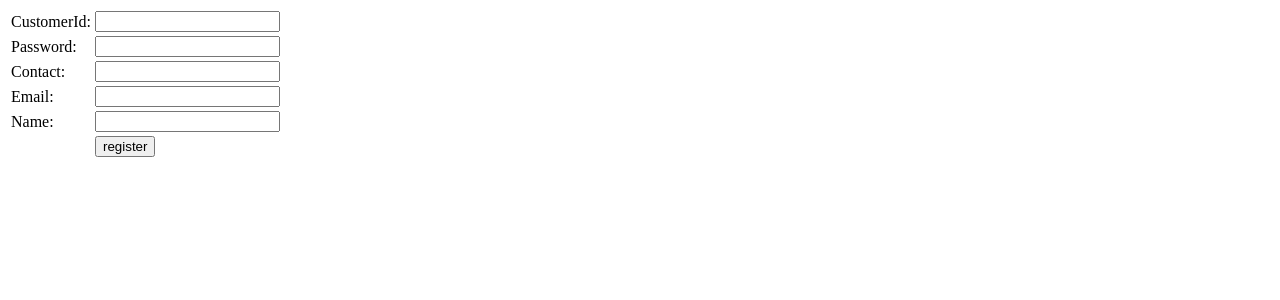
Repository: Vishwasbhat5/java-day_2
Page: http://localhost/Registration2/
These files come from the project's save history. The page is drawn as it stood at one moment and after the next save; the edit follows.
The browser window is 1280 px wide. The pictures show the whole page.
The page is served by Tomcat 10. Other server files are loaded and not shown.

Above is the page before, as saved 2022-09-15 04:23:09.

### Registration2/src/main/webapp/memberRegistration.jsp
<%@ page language="java" contentType="text/html; charset=UTF-8"
    pageEncoding="UTF-8"%>
<!DOCTYPE html PUBLIC "-//W3C//DTD HTML 4.01 Transitional//EN" "http://www.w3.org/TR/html4/loose.dtd">
<html>
<head>
<meta http-equiv="Content-Type" content="text/html; charset=UTF-8">
<title>Insert title here</title>
</head>
<body>
<form action="Register" method="post">
<table>
<tr><td>CustomerId: </td><td><input type="text" name="CustomerId"></td></tr>
<tr><td>Password: </td><td><input type="password" name="Password"></td></tr>
<tr><td>Contact: </td><td><input type="text" name="Contact"></td></tr>
<tr><td>Email: </td><td><input type="text" name="email"></td></tr>
<tr><td>Name: </td><td><input type="text" name="Name"></td></tr>
<tr><td></td><td><input type="submit" value="register"></td></tr>
</table>
</form>
</body>
</html>

After the next save:
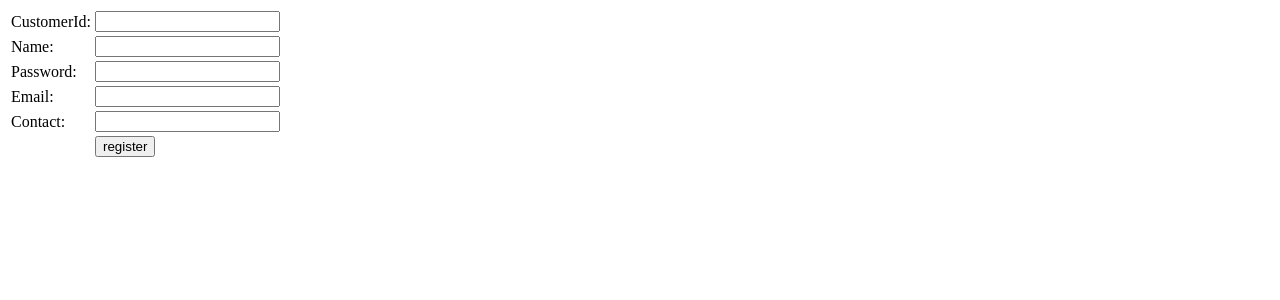
Saved 60 s later.
--- a/Registration2/src/main/webapp/memberRegistration.jsp
+++ b/Registration2/src/main/webapp/memberRegistration.jsp
@@ -10,10 +10,12 @@
 <form action="Register" method="post">
 <table>
 <tr><td>CustomerId: </td><td><input type="text" name="CustomerId"></td></tr>
+<tr><td>Name: </td><td><input type="text" name="Name"></td></tr>
 <tr><td>Password: </td><td><input type="password" name="Password"></td></tr>
-<tr><td>Contact: </td><td><input type="text" name="Contact"></td></tr>
 <tr><td>Email: </td><td><input type="text" name="email"></td></tr>
-<tr><td>Name: </td><td><input type="text" name="Name"></td></tr>
+<tr><td>Contact: </td><td><input type="text" name="contact"></td></tr>
+
+
 <tr><td></td><td><input type="submit" value="register"></td></tr>
 </table>
 </form>
